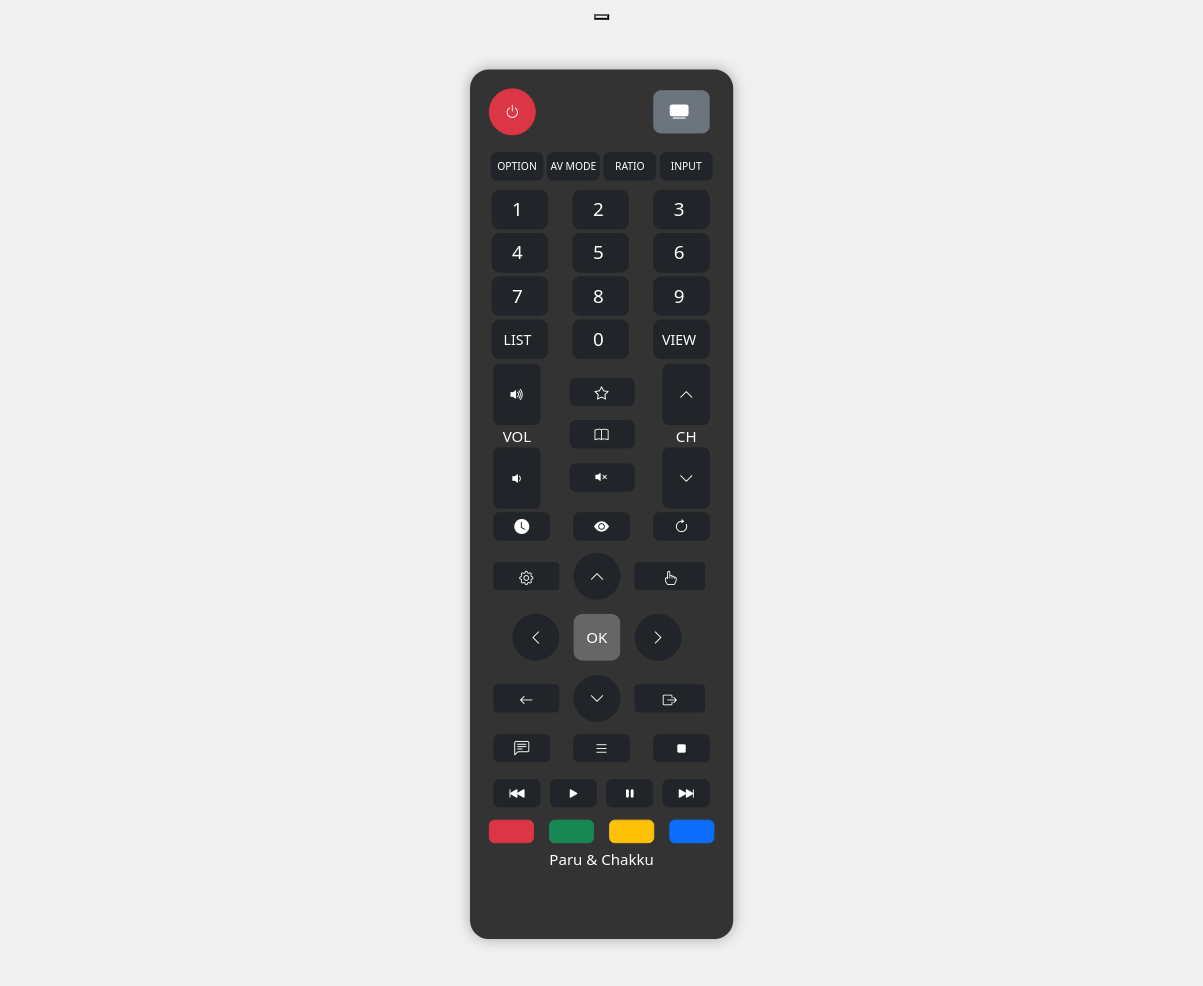
Repository: manumohan/custom-remote
Page: data/index.html
The author's editor kept a copy of each file at every save. The page is drawn from the files as they stood at one save, then again after the next save.
The browser window is 1280 px wide. The pictures show the whole page, at 94% of full size.

Above is the page before, as saved 2024-09-08 12:54:47.

### data/index.html
<!DOCTYPE html>
<html lang="en">
<head>
  <meta charset="UTF-8">
  <meta name="viewport" content="width=device-width, initial-scale=1.0">
  <title>LG AKB74475401 Remote Control</title>
  <link href="https://cdn.jsdelivr.net/npm/bootstrap@5.3.0-alpha1/dist/css/bootstrap.min.css" rel="stylesheet">
  <link href="https://cdn.jsdelivr.net/npm/bootstrap-icons/font/bootstrap-icons.css" rel="stylesheet">
  <style>
    body {
      background-color: #f0f0f0;
      text-align: center;
    }

    .remote-control {
      display: flex;
      flex-direction: column;
      align-items: center;
      background-color: #333;
      padding: 20px;
      border-radius: 20px;
      width: 280px; /* Remote width */
      margin: 50px auto;
      box-shadow: 0 0 15px rgba(0, 0, 0, 0.3);
    }

    .btn-lg {
      padding: 5px 5px 5px 0px;
      width: 60px;
      margin: 2px 5px 2px 3px;
    }

    .fnt-15 {
      font-size: 15px;
    }

    .btn-sp4 {
      padding: 0px;
      width: 60px;
      margin: 2px 2px 0px 2px;
      font-size: 11px;
      height: 30px;
    }

    .btn-sp3 {
      padding: 0px 20px;
      width: 69px;
      margin: 10px 2px 0px 2px;
      font-size: 15px;
      height: 30px;
    }

    .btn-sp {
      padding: 0px;
      width: 60px; /* Number button width */
      margin: 5px;
      height: 30px;
    }

    .btn-vol {
      padding: 8px; /* Button padding */
      width: 70px; /* Number button width */
      margin: 3px;
    }

    .btn-nav {
      height: 30px;
      margin: 10px 0 0 0;
      font-size: 15px;
    }

    .btn-icon {
      font-size: 24px;
    }

    .btn-circle {
      border-radius: 50%;
      width: 50px; /* Circle button size */
      height: 50px;
      display: inline-flex;
      justify-content: center;
      align-items: center;
    }

    .nav-section {
      display: grid;
      grid-template-columns: 50px 50px 50px; /* Navigation button grid */
      grid-template-rows: 50px 50px 50px;
      justify-content: center;
      gap: 15px;
      margin-left: 25px;
    }

    .ml20 {
      margin-left: -20px;
    }

    .mr25 {
      margin-right: -25px;
    }

    .ch-vol-sp {
      color: white;
      padding: 5px;
    }

    .nav-section-vol {
      display: grid;
      justify-content: center;
    }

    .btn-ok {
      width: 50px; /* OK button size */
      height: 50px;
      border-radius: 10px;
      display: flex;
      justify-content: center;
      align-items: center;
      background-color: #666;
    }

    .color-buttons button {
      width: 20%;
      height: 25px; /* Color button height */
    }

    .btn-volume {
      width: 50px;
      margin: -5px 5px -5px 5px;
      height: 65px;
    }
  </style>
</head>
<body>
  <div>
    <button id="btnConfigure" title="Configure Remote"></button>
  </div>
  <div class="remote-control">
    <!-- Power and Input Buttons -->
    <div class="d-flex justify-content-between w-100 mb-3">
      <button class="btn btn-danger btn-circle" data-bs-toggle="tooltip" data-bs-placement="top" onclick="sendIR('power')" title="Power">
        <i class="bi bi-power"></i>
      </button>
      <button class="btn btn-secondary btn-lg" data-bs-toggle="tooltip" data-bs-placement="top" onclick="sendIR('tv')" title="TV">
        <i class="bi bi-tv-fill"></i>
      </button>
    </div>

    <div class="d-flex justify-content-between w-100 mb-2">
      <button class="btn btn-dark btn-sp4" onclick="sendIR('option')">OPTION</button>
      <button class="btn btn-dark btn-sp4" onclick="sendIR('avmode')">AV MODE</button>
      <button class="btn btn-dark btn-sp4" onclick="sendIR('ratio')">RATIO</button>
      <button class="btn btn-dark btn-sp4" onclick="sendIR('input')">INPUT</button>
    </div>

    <!-- Number Buttons -->
    <div class="d-flex flex-wrap justify-content-between mb-2">
      <button class="btn btn-dark btn-lg" onclick="sendIR('one')">1</button>
      <button class="btn btn-dark btn-lg" onclick="sendIR('two')">2</button>
      <button class="btn btn-dark btn-lg" onclick="sendIR('three')">3</button>
      <button class="btn btn-dark btn-lg" onclick="sendIR('four')">4</button>
      <button class="btn btn-dark btn-lg" onclick="sendIR('five')">5</button>
      <button class="btn btn-dark btn-lg" onclick="sendIR('six')">6</button>
      <button class="btn btn-dark btn-lg" onclick="sendIR('seven')">7</button>
      <button class="btn btn-dark btn-lg" onclick="sendIR('eight')">8</button>
      <button class="btn btn-dark btn-lg" onclick="sendIR('nine')">9</button>
      <button class="btn btn-dark btn-lg fnt-15" onclick="sendIR('list')">LIST</button>
      <button class="btn btn-dark btn-lg" onclick="sendIR('zero')">0</button>
      <button class="btn btn-dark btn-lg fnt-15" onclick="sendIR('view')">VIEW</button>
    </div>

    <!-- Navigation Section with Volume/Channel on sides -->
    <div class="d-flex justify-content-between w-100 mb-1">
      <div class="d-flex flex-column">
        <button class="btn btn-dark btn-volume" onclick="sendIR('vol_up')">
          <i class="bi bi-volume-up-fill"></i>
        </button>
        <span class="ch-vol-sp">VOL</span>
        <button class="btn btn-dark btn-volume" onclick="sendIR('vol_down')">
          <i class="bi bi-volume-down-fill"></i>
        </button>
      </div>

      <!-- Navigation Section Layout -->
      <div class="nav-section-vol">
        <div class="d-flex flex-wrap justify-content-center mb-2">
          <button class="btn btn-dark btn-sp3" data-bs-toggle="tooltip" data-bs-placement="top" title="Favorite" onclick="sendIR('fav')">
            <i class="bi bi-star"></i>
          </button>
          <button class="btn btn-dark btn-sp3" data-bs-toggle="tooltip" data-bs-placement="top" title="Guide" onclick="sendIR('guide')">
            <i class="bi bi-book"></i>
          </button>
          <button class="btn btn-dark btn-sp3" data-bs-toggle="tooltip" data-bs-placement="top" title="Mute" onclick="sendIR('mute')">
            <i class="bi bi-volume-mute-fill"></i>
          </button>
        </div>
      </div>

      <div class="d-flex flex-column">
        <button class="btn btn-dark btn-volume" onclick="sendIR('ch_up')">
          <i class="bi bi-chevron-up"></i>
        </button>
        <span class="ch-vol-sp">CH</span>
        <button class="btn btn-dark btn-volume" onclick="sendIR('ch_down')">
          <i class="bi bi-chevron-down"></i>
        </button>
      </div>
    </div>

    <div class="d-flex justify-content-between w-100 mb-2">
      <button class="btn btn-dark btn-sp" data-bs-toggle="tooltip" data-bs-placement="top" title="Time" onclick="sendIR('time')">
        <i class="bi bi-clock-fill"></i>
      </button>
      <button class="btn btn-dark btn-sp" data-bs-toggle="tooltip" data-bs-placement="top" title="Reveal" onclick="sendIR('reveal')">
        <i class="bi bi-eye-fill"></i>
      </button>
      <button class="btn btn-dark btn-sp" data-bs-toggle="tooltip" data-bs-placement="top" title="Update" onclick="sendIR('update')">
        <i class="bi bi-arrow-clockwise"></i>
      </button>
    </div>

    <!-- Navigation Section with Volume/Channel on sides -->
    <div class="d-flex justify-content-between w-100 mb-2">
      <!-- Navigation Section Layout -->
      <div class="nav-section">
        <button class="btn btn-dark btn-sm btn-nav ml20" data-bs-toggle="tooltip" data-bs-placement="top" title="Settings" onclick="sendIR('setting')">
          <i class="bi bi-gear"></i>
        </button><!-- Empty space in the grid -->
        <button class="btn btn-dark btn-circle" onclick="sendIR('nav_up')">
          <i class="bi bi-chevron-up"></i>
        </button>
        <button class="btn btn-dark btn-sm btn-nav mr25" data-bs-toggle="tooltip" data-bs-placement="top" title="Hold" onclick="sendIR('hold')">
          <i class="bi bi-hand-index"></i>
        </button><!-- Empty space in the grid -->
        <button class="btn btn-dark btn-circle" onclick="sendIR('nav_left')">
          <i class="bi bi-chevron-left"></i>
        </button>
        <button class="btn btn-ok text-white" onclick="sendIR('nav_ok')">OK</button>
        <button class="btn btn-dark btn-circle" onclick="sendIR('nav_right')">
          <i class="bi bi-chevron-right"></i>
        </button>
        <button class="btn btn-dark btn-sm btn-nav ml20" data-bs-toggle="tooltip" data-bs-placement="top" title="Back" onclick="sendIR('back')">
          <i class="bi bi-arrow-left"></i>
        </button><!-- Empty space in the grid -->
        <button class="btn btn-dark btn-circle" onclick="sendIR('nav_down')">
          <i class="bi bi-chevron-down"></i>
        </button>
        <button class="btn btn-dark btn-sm btn-nav mr25" data-bs-toggle="tooltip" data-bs-placement="top" title="Exit" onclick="sendIR('exit')">
          <i class="bi bi-box-arrow-right"></i>
        </button>
      </div>
    </div>

    <!-- Playback Buttons with Icons -->
    <div class="d-flex justify-content-between w-100 mb-2">
      <button class="btn btn-dark btn-sp" data-bs-toggle="tooltip" data-bs-placement="top" title="Text" onclick="sendIR('text')">
        <i class="bi bi-chat-left-text"></i>
      </button>
      <button class="btn btn-dark btn-sp" data-bs-toggle="tooltip" data-bs-placement="top" title="Index" onclick="sendIR('index')">
        <i class="bi bi-list"></i>
      </button>
      <button class="btn btn-dark btn-sp" data-bs-toggle="tooltip" data-bs-placement="top" title="Stop" onclick="sendIR('stop')">
        <i class="bi bi-stop-fill"></i>
      </button>
    </div>

    <!-- Playback Buttons with Icons -->
    <div class="d-flex justify-content-between w-100 mb-2">
      <button class="btn btn-dark btn-sp" onclick="sendIR('play_bk')">
        <i class="bi bi-skip-backward-fill"></i>
      </button>
      <button class="btn btn-dark btn-sp" onclick="sendIR('play')">
        <i class="bi bi-play-fill"></i>
      </button>
      <button class="btn btn-dark btn-sp" onclick="sendIR('pause')">
        <i class="bi bi-pause-fill"></i>
      </button>
      <button class="btn btn-dark btn-sp" onclick="sendIR('play_fwd')">
        <i class="bi bi-skip-forward-fill"></i>
      </button>
    </div>

    <!-- Color Buttons -->
    <div class="d-flex justify-content-between w-100 color-buttons">
      <button class="btn btn-danger" data-bs-toggle="tooltip" data-bs-placement="top" title="Red" onclick="sendIR('red')"></button>
      <button class="btn btn-success" data-bs-toggle="tooltip" data-bs-placement="top" title="Green" onclick="sendIR('green')"></button>
      <button class="btn btn-warning" data-bs-toggle="tooltip" data-bs-placement="top" title="Yellow" onclick="sendIR('yellow')"></button>
      <button class="btn btn-primary" data-bs-toggle="tooltip" data-bs-placement="top" title="Blue" onclick="sendIR('blue')"></button>
    </div>

    <div class="d-flex justify-content-center w-100 mb-5">
      <span class="ch-vol-sp">Paru & Chakku</span>
    </div>
  </div>

  <script src="https://cdn.jsdelivr.net/npm/bootstrap@5.3.0-alpha1/dist/js/bootstrap.bundle.min.js"></script>
  <script>
    // Initialize tooltips
    var tooltipTriggerList = [].slice.call(document.querySelectorAll('[data-bs-toggle="tooltip"]'));
    var tooltipList = tooltipTriggerList.map(function (tooltipTriggerEl) {
      return new bootstrap.Tooltip(tooltipTriggerEl);
    });
  </script>
   <script>
    function sendIR(action) {
        fetch(`/send_ir?action=${action}`)
            .then(response => response.text())
            .catch(error => console.error('Error:', error));
    }
</script>
</body>
</html>

After the next save:
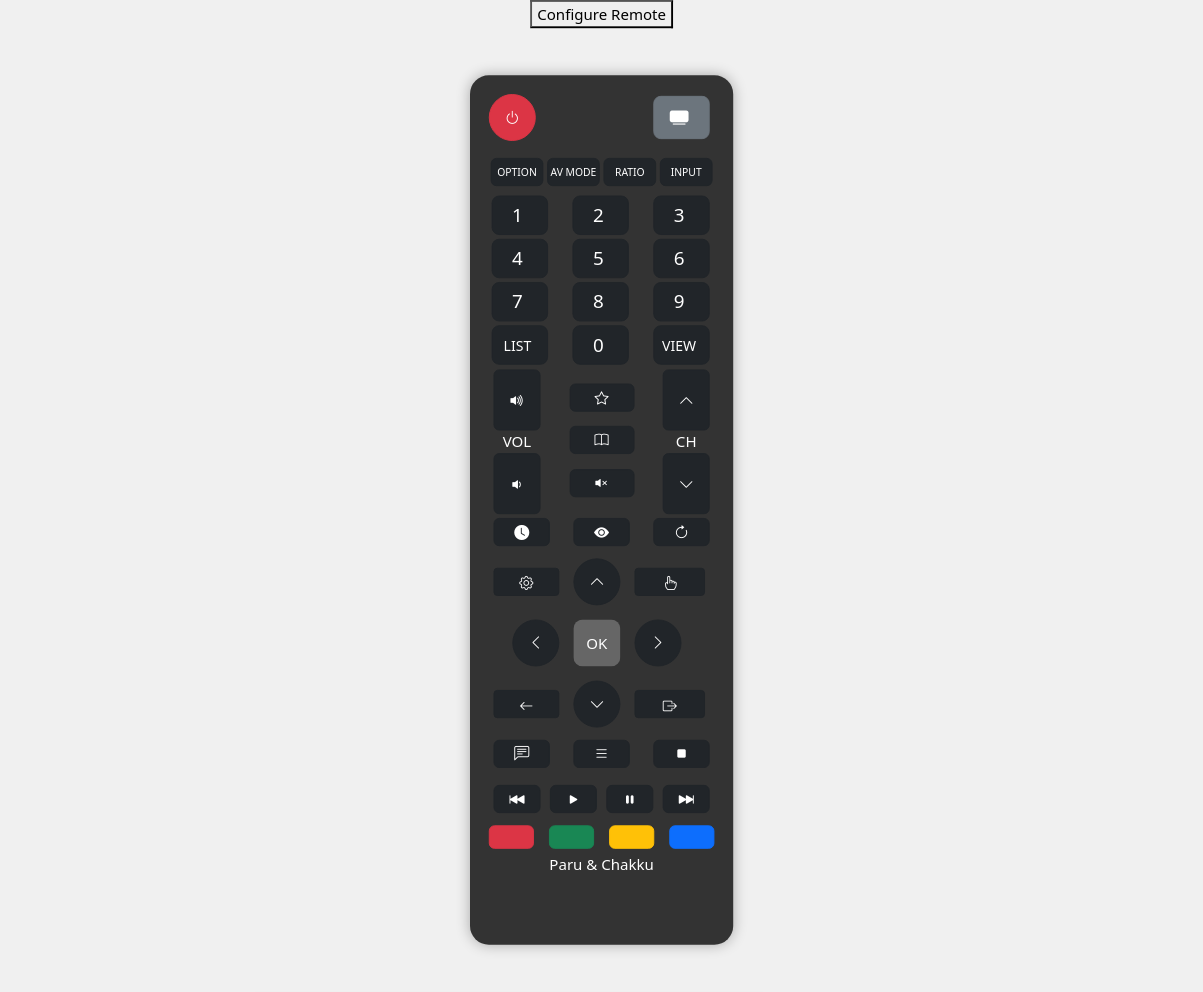
Saved 63 s later.
--- a/data/index.html
+++ b/data/index.html
@@ -133,7 +133,7 @@
 </head>
 <body>
   <div>
-    <button id="btnConfigure" title="Configure Remote"></button>
+    <button id="btnConfigure" title="Configure Remote">Configure Remote</button>
   </div>
   <div class="remote-control">
     <!-- Power and Input Buttons -->
